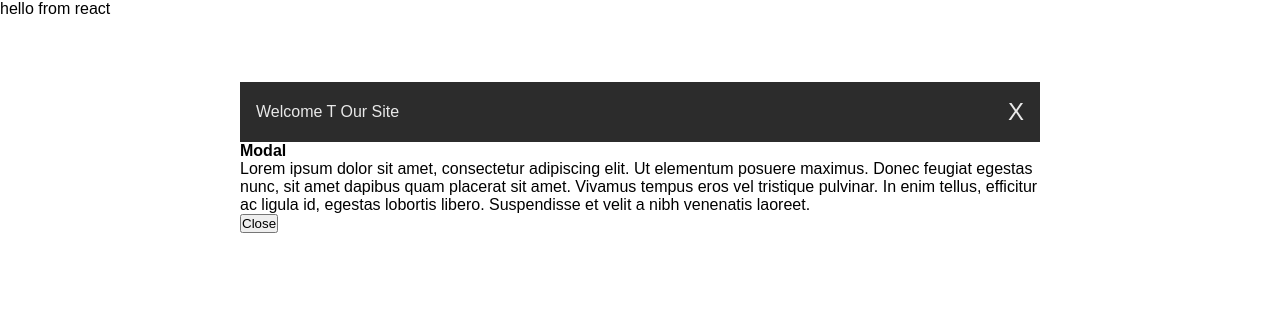
Repository: KrzysKolo/sr_tydzien5_zad1
Page: /
The author's editor kept a copy of each file at every save. The page is drawn from the files as they stood at one save, then again after the next save.
The browser window is 1280 px wide. The pictures show the whole page.
The project was rebuilt for these pictures with package versions that can differ from the ones it lists, and the page was loaded fresh each time.

Above is the page before, as saved 2020-12-18 13:40:57.

### src/App.js
import React from 'react';
import Modal from './components/modal/Modal'

function App() {
  return (
    <div className="App">
     hello from react
     <Modal />
    </div>
  );
}

export default App;

### src/components/modal/Modal.js
import React from 'react';
import { ModalHeader, ModalSection, ModalFooter } from './modalComponents/';
import './Modal.css';

const Modal = () => {
    return (
        <main className="modal-wrapper">
            <ModalHeader />
            <ModalSection />
            <ModalFooter />
        </main>
    )
}

export default Modal;

### src/components/modal/modalComponents/index.js
export { default as ModalHeader } from './ModalHeder';
export { default as ModalSection } from './ModalSection';
export { default as ModalFooter } from './ModalFooter';

### src/components/modal/Modal.css
* {
  margin: 0;
  padding: 0;
  box-sizing: border-box;
}
body {
  font-family: Arial, Helvetica, sans-serif;
}
.modal-wrapper {
  background-color: #fff;
  width: 80%;
  max-width: 800px;
  margin: 4rem auto;
}
.modal-header {
  background-color: #2c2c2c;
  color: #e9e9e9;
  padding: 1rem;
  display: flex;
  align-items: center;
  justify-content: space-between;
}
.modal-header span {
  font-size: 1.5rem;
  cursor: pointer;
}

### src/components/modal/modalComponents/ModalHeder.js
import React from 'react';

const ModalHeder = () => {
    return (
        <header className="modal-header">
            <p>Welcome T Our Site</p>
            <span className="close-modal-btn">X</span>
        </header>
    )
}

export default ModalHeder;

### src/components/modal/modalComponents/ModalSection.js
import React from 'react';

const ModalSection = () => {
    return (
        <section className="modal-content">
            <div className="modal-body">
                <h4>Modal</h4>
                <p>
                Lorem ipsum dolor sit amet, consectetur adipiscing elit. Ut elementum posuere maximus. Donec feugiat egestas nunc, sit amet dapibus quam placerat sit amet. Vivamus tempus eros vel tristique pulvinar. In enim tellus, efficitur ac ligula id, egestas lobortis libero. Suspendisse et velit a nibh venenatis laoreet.
                </p>
            </div>
        </section>
    )
}

export default ModalSection;

### src/components/modal/modalComponents/ModalFooter.js
import React from 'react';

const ModalFooter = () => {
    return (
        <footer className="modal-footer">
            <button className="btn-cancel">Close</button>
        </footer>
    )
}

export default ModalFooter;

Loaded but not shown: public/index.html (common file); src/index.js (common file); src/index.css (common file)

After the next save:
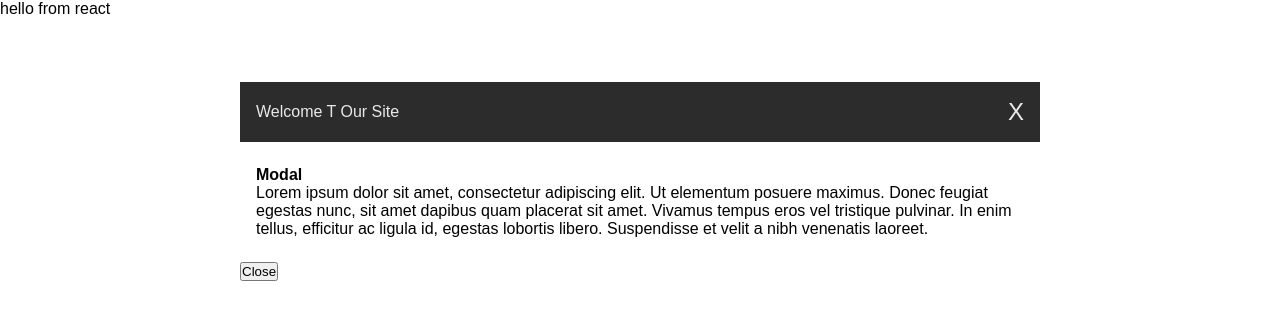
Saved 101 s later.
--- a/src/components/modal/Modal.css
+++ b/src/components/modal/Modal.css
@@ -24,3 +24,6 @@ body {
   font-size: 1.5rem;
   cursor: pointer;
 }
+.modal-content {
+  padding: 1.5rem 1rem;
+}
